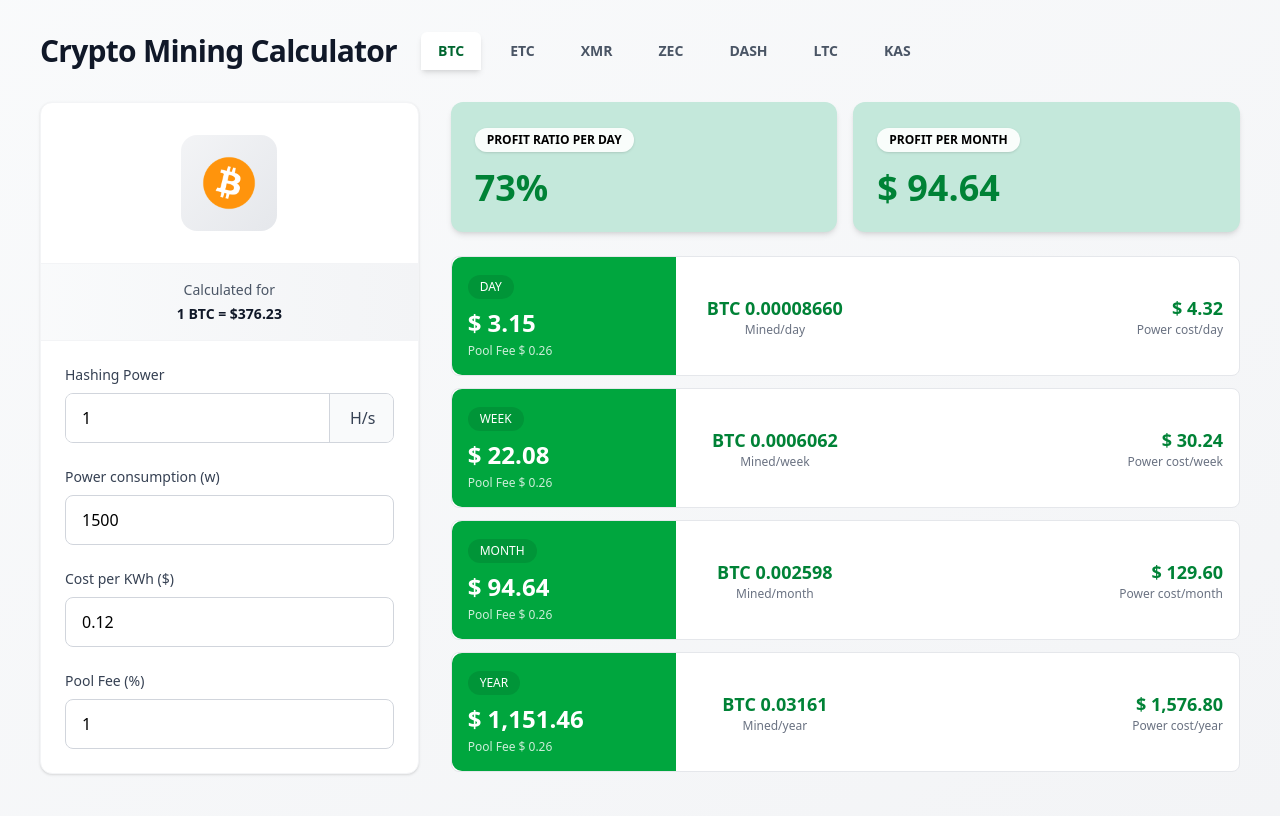
Repository: Bilal-Ahmad-CodeMaster/crypto-proj
Page: /
An editor plug-in stored every save of this project. The page is shown before and after the next save, followed by the edit.
The browser window is 1280 px wide. The pictures show the whole page.
The project was rebuilt for these pictures with package versions that can differ from the ones it lists, and the page was loaded fresh each time. The framework's server and built-in components were replaced by stand-ins that run in the browser. Also part of the build but not shown: next.config.ts.

Above is the page before, as saved 2025-11-25 21:43:50.

After the next save:
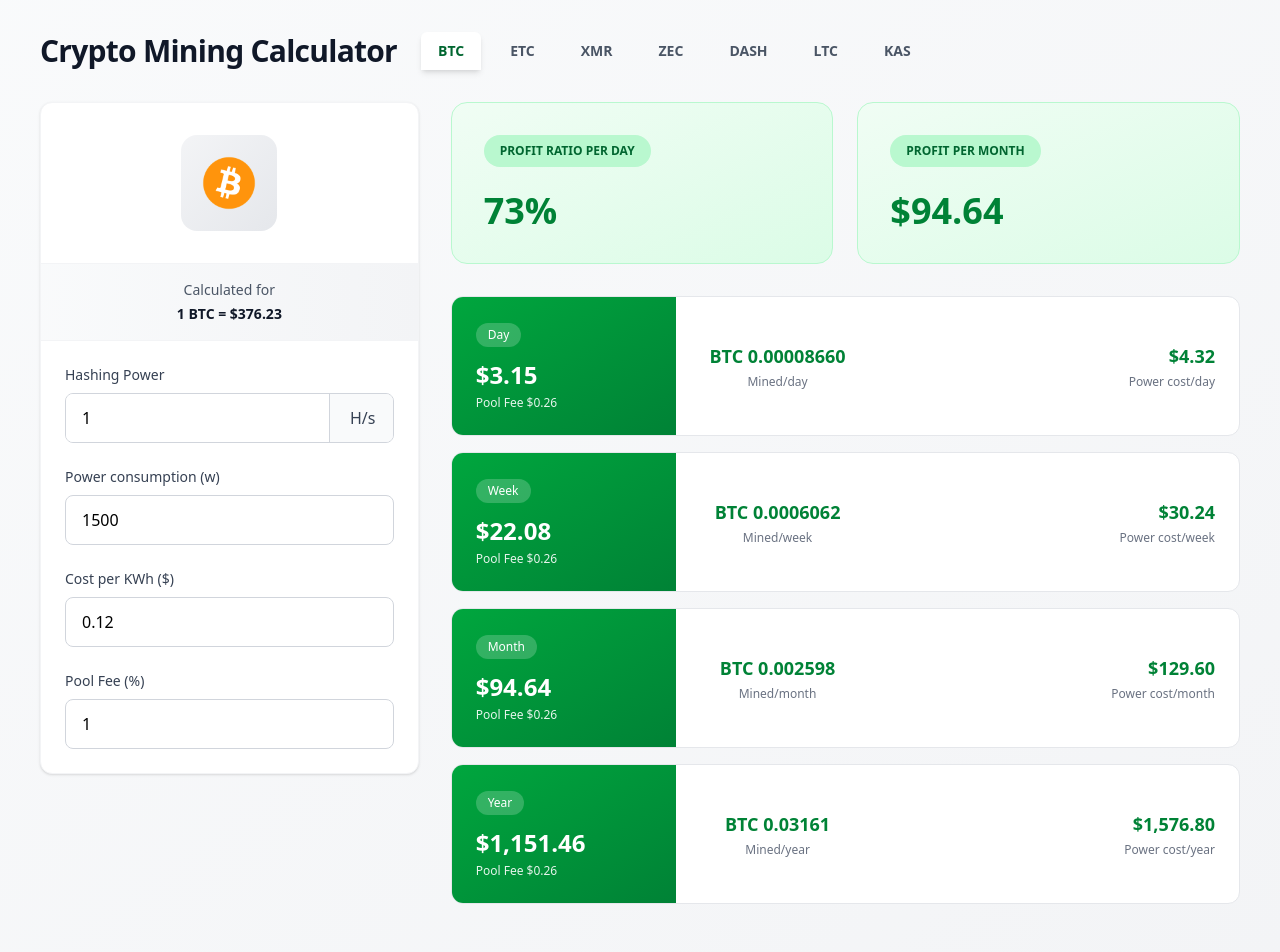
Saved 23 s later.
--- a/src/app/components/ResultCards.tsx
+++ b/src/app/components/ResultCards.tsx
@@ -1,6 +1,5 @@
 'use client'
 import React from 'react'
-
 
 interface StatRowProps {
     title: string;
@@ -12,55 +11,57 @@
 
 function StatRow({ title, money, mined, powerCost, positive = true }: StatRowProps) {
     return (
-        <div className="mb-3 rounded-lg overflow-hidden flex border border-gray-200 bg-white">
-            <div className={`w-56 p-4 text-white ${positive ? 'bg-green-600' : 'bg-red-600'} profit-left`}>
-                <div className="text-xs uppercase bg-black/10 inline-block px-3 py-1 rounded-full mb-2">{title}</div>
-                <div className="text-2xl font-bold">{money}</div>
-                <div className="text-xs mt-1 opacity-80">Pool Fee $ 0.26</div>
+        <div className="mb-4 rounded-xl overflow-hidden flex border border-gray-200 bg-white hover:shadow-md transition-shadow">
+            <div className={`w-56 p-6 text-white ${positive ? 'bg-gradient-to-br from-green-600 to-green-700' : 'bg-gradient-to-br from-red-500 to-red-600'}`}>
+                <div className="text-xs font-medium bg-white/20 inline-block px-3 py-1 rounded-full mb-3">{title}</div>
+                <div className="text-2xl font-bold mb-1">{money}</div>
+                <div className="text-xs opacity-90">Pool Fee $0.26</div>
             </div>
 
-
-            <div className="flex-1 p-4 grid grid-cols-3 items-center gap-4">
+            <div className="flex-1 p-6 grid grid-cols-3 items-center gap-6">
                 <div className="text-center">
                     <div className={`text-lg font-semibold ${positive ? 'text-green-700' : 'text-red-600'}`}>{mined}</div>
-                    <div className="text-xs text-gray-500">Mined/{title.toLowerCase()}</div>
+                    <div className="text-xs text-gray-500 mt-1">Mined/{title.toLowerCase()}</div>
                 </div>
                 <div className="text-right col-span-2">
                     <div className={`text-lg font-semibold ${positive ? 'text-green-700' : 'text-red-600'}`}>{powerCost}</div>
-                    <div className="text-xs text-gray-500">Power cost/{title.toLowerCase()}</div>
+                    <div className="text-xs text-gray-500 mt-1">Power cost/{title.toLowerCase()}</div>
                 </div>
             </div>
         </div>
     )
 }
 
-
 export default function ResultCards({ active }: { active: string }) {
-    // Example positive/negative toggles per currency
     const positive = active !== 'etc'
-
 
     return (
         <div>
-            <div className="grid grid-cols-2 gap-4 mb-6">
-                <div className={`rounded-xl p-6 shadow-md ${positive ? 'bg-[#C4E8DB]' : 'bg-[#FFE0E0]'}`}>
-                    <div className="text-xs font-semibold bg-white/90 inline-block px-3 py-1 rounded-full shadow">PROFIT RATIO PER DAY</div>
-                    <div className={`text-4xl font-bold mt-4 ${positive ? 'text-green-700' : 'text-red-700'}`}>{positive ? '73%' : '-70%'}</div>
+            <div className="grid grid-cols-2 gap-6 mb-8">
+                <div className={`rounded-2xl p-8 ${positive ? 'bg-gradient-to-br from-green-50 to-green-100 border border-green-200' : 'bg-gradient-to-br from-red-50 to-red-100 border border-red-200'}`}>
+                    <div className={`text-xs font-semibold ${positive ? 'bg-green-200 text-green-800' : 'bg-red-200 text-red-800'} inline-block px-4 py-2 rounded-full`}>
+                        PROFIT RATIO PER DAY
+                    </div>
+                    <div className={`text-4xl font-bold mt-6 ${positive ? 'text-green-700' : 'text-red-700'}`}>
+                        {positive ? '73%' : '-70%'}
+                    </div>
                 </div>
 
-
-                <div className={`rounded-xl p-6 shadow-md ${positive ? 'bg-[#C4E8DB]' : 'bg-[#FFE0E0]'}`}>
-                    <div className="text-xs font-semibold bg-white/90 inline-block px-3 py-1 rounded-full shadow">PROFIT PER MONTH</div>
-                    <div className={`text-4xl font-bold mt-4 ${positive ? 'text-green-700' : 'text-red-700'}`}>{positive ? '$ 94.64' : '$ -90.66'}</div>
+                <div className={`rounded-2xl p-8 ${positive ? 'bg-gradient-to-br from-green-50 to-green-100 border border-green-200' : 'bg-gradient-to-br from-red-50 to-red-100 border border-red-200'}`}>
+                    <div className={`text-xs font-semibold ${positive ? 'bg-green-200 text-green-800' : 'bg-red-200 text-red-800'} inline-block px-4 py-2 rounded-full`}>
+                        PROFIT PER MONTH
+                    </div>
+                    <div className={`text-4xl font-bold mt-6 ${positive ? 'text-green-700' : 'text-red-700'}`}>
+                        {positive ? '$94.64' : '$ -90.66'}
+                    </div>
                 </div>
             </div>
 
-
             <div>
-                <StatRow title="Day" money="$ 3.15" mined="BTC 0.00008660" powerCost="$ 4.32" positive={positive} />
-                <StatRow title="Week" money="$ 22.08" mined="BTC 0.0006062" powerCost="$ 30.24" positive={positive} />
-                <StatRow title="Month" money="$ 94.64" mined="BTC 0.002598" powerCost="$ 129.60" positive={positive} />
-                <StatRow title="Year" money="$ 1,151.46" mined="BTC 0.03161" powerCost="$ 1,576.80" positive={positive} />
+                <StatRow title="Day" money="$3.15" mined="BTC 0.00008660" powerCost="$4.32" positive={positive} />
+                <StatRow title="Week" money="$22.08" mined="BTC 0.0006062" powerCost="$30.24" positive={positive} />
+                <StatRow title="Month" money="$94.64" mined="BTC 0.002598" powerCost="$129.60" positive={positive} />
+                <StatRow title="Year" money="$1,151.46" mined="BTC 0.03161" powerCost="$1,576.80" positive={positive} />
             </div>
         </div>
     )
